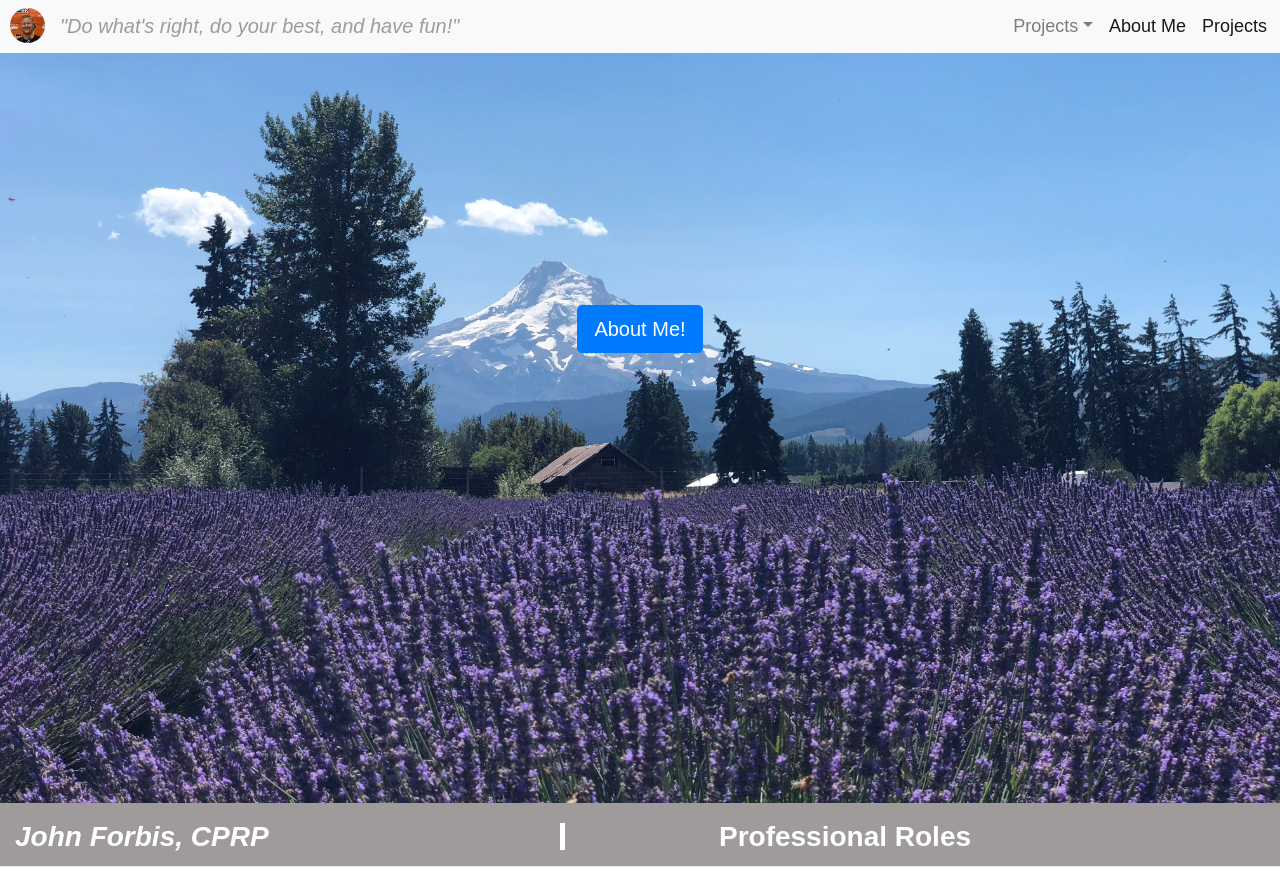
Repository: jforbis/john-forbis-data-analyst
Page: index.html
These files come from the project's save history. The page is drawn as it stood at one moment and after the next save; the edit follows.
The browser window is 1280 px wide. The pictures show the part of the page from y = 0 to 875 px (the page is 1760 px tall before and 1814 px after).
A picture or video elsewhere on the page could not be fetched, so the positions and the page height are approximate. Backgrounds fixed to the window are drawn as part of the page.

Above is the page before, as saved 2021-04-21 17:09:28.

After the next save:
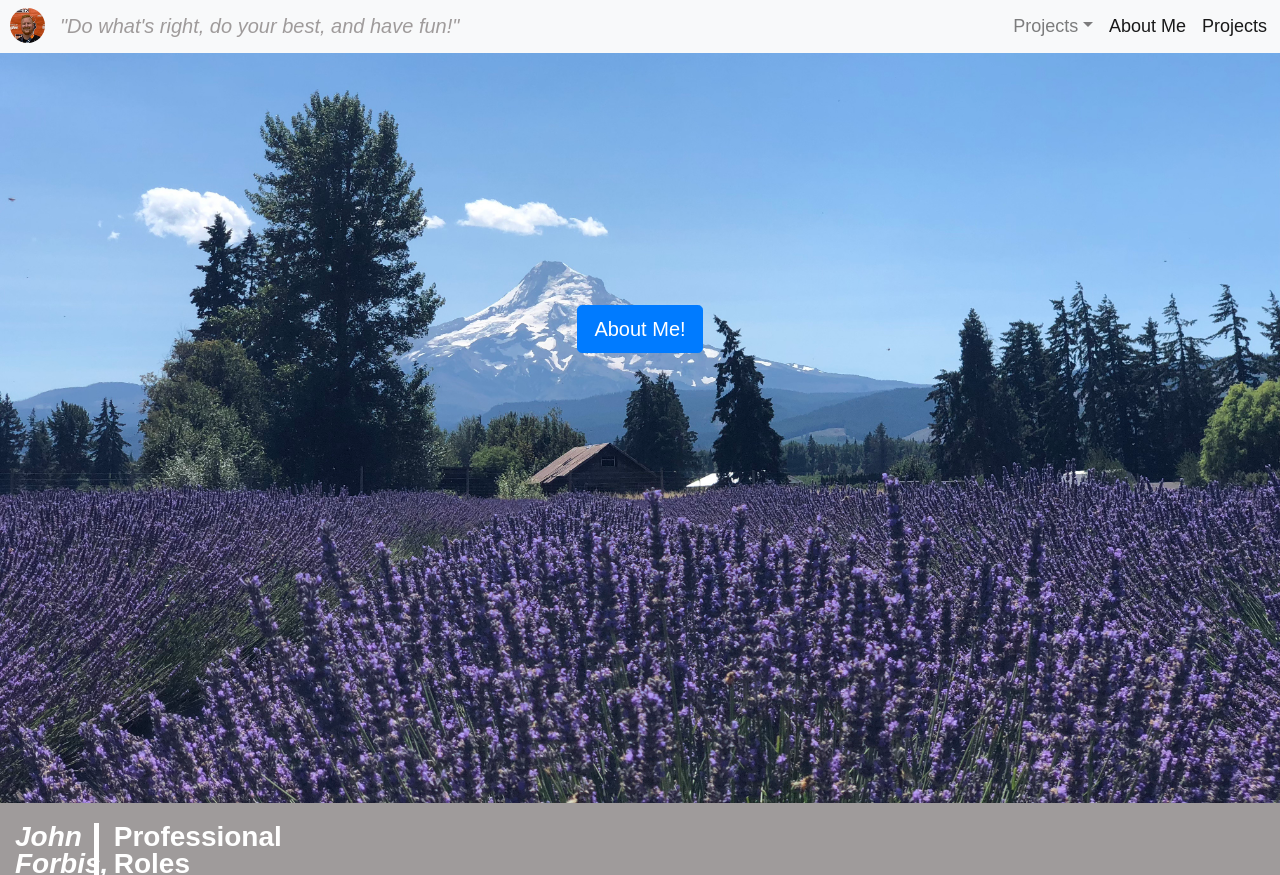
Saved 25 s later.
--- a/index.html
+++ b/index.html
@@ -61,11 +61,11 @@
 <body>
     <div class="col-2" style="margin-top: 20px">
         <div class="row">
-            <div class="col" id="me">
+            <div class="col-1" id="me">
                 <strong><i>John Forbis, CPRP</i></strong>
             </div>
             <div class="vert1"></div>
-            <div class="col" id="pr">
+            <div class="col-1" id="pr">
                 <strong>Professional Roles</strong>
             </div>
         </div>
